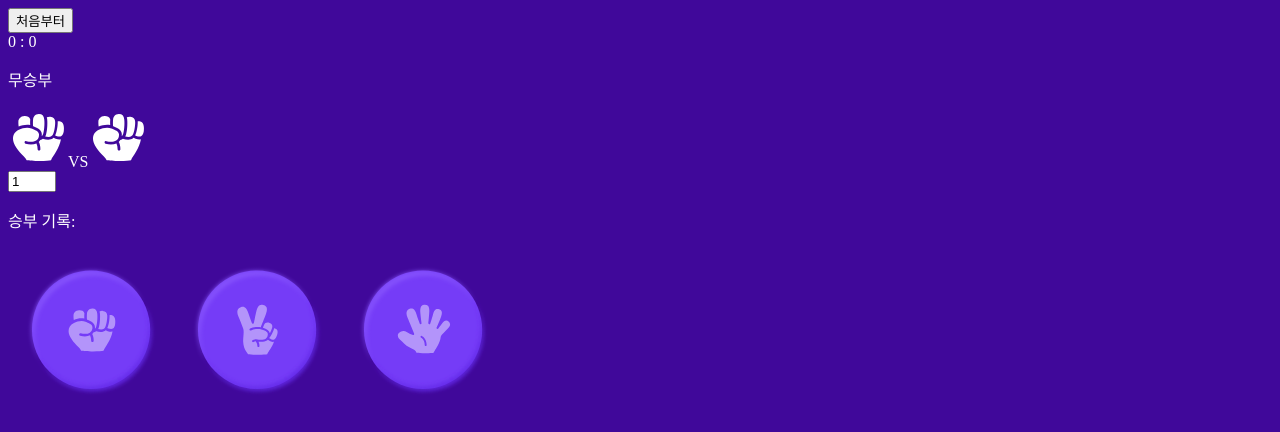
Repository: HI-CLAIRE/s.s.a.f.y_java
Page: / (app in codeit/rock-scissor-paper/)
The author's editor kept a copy of each file at every save. The page is drawn from the files as they stood at one save, then again after a run of saves.
The browser window is 1280 px wide. The pictures show the whole page.
The project was rebuilt for these pictures with package versions that can differ from the ones it lists, and the page was loaded fresh each time.

Above is the page before, as saved 2022-12-16 09:40:17.

After the next 3 saves:
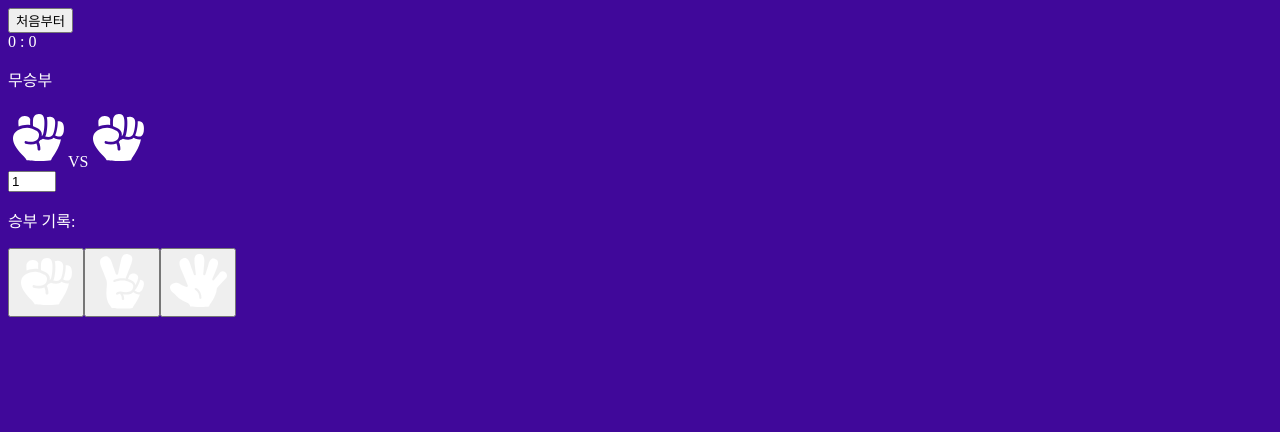
The 3 saves are shown as one change because 1 did not build or start and some came seconds apart.
The last was saved 57 s later.
--- a/codeit/rock-scissor-paper/src/HandButton.js
+++ b/codeit/rock-scissor-paper/src/HandButton.js
@@ -3,9 +3,8 @@ import './HandButton.css';
 
 function HandButton({ value, onClick }) {
   const handleClick = () => onClick(value);
-  const classNames = `HandButton`
   return (
-    <button className={classNames} onClick={handleClick}>
+    <button className={HandButton} onClick={handleClick}>
       <HandIcon value={value} />
     </button>
   );
